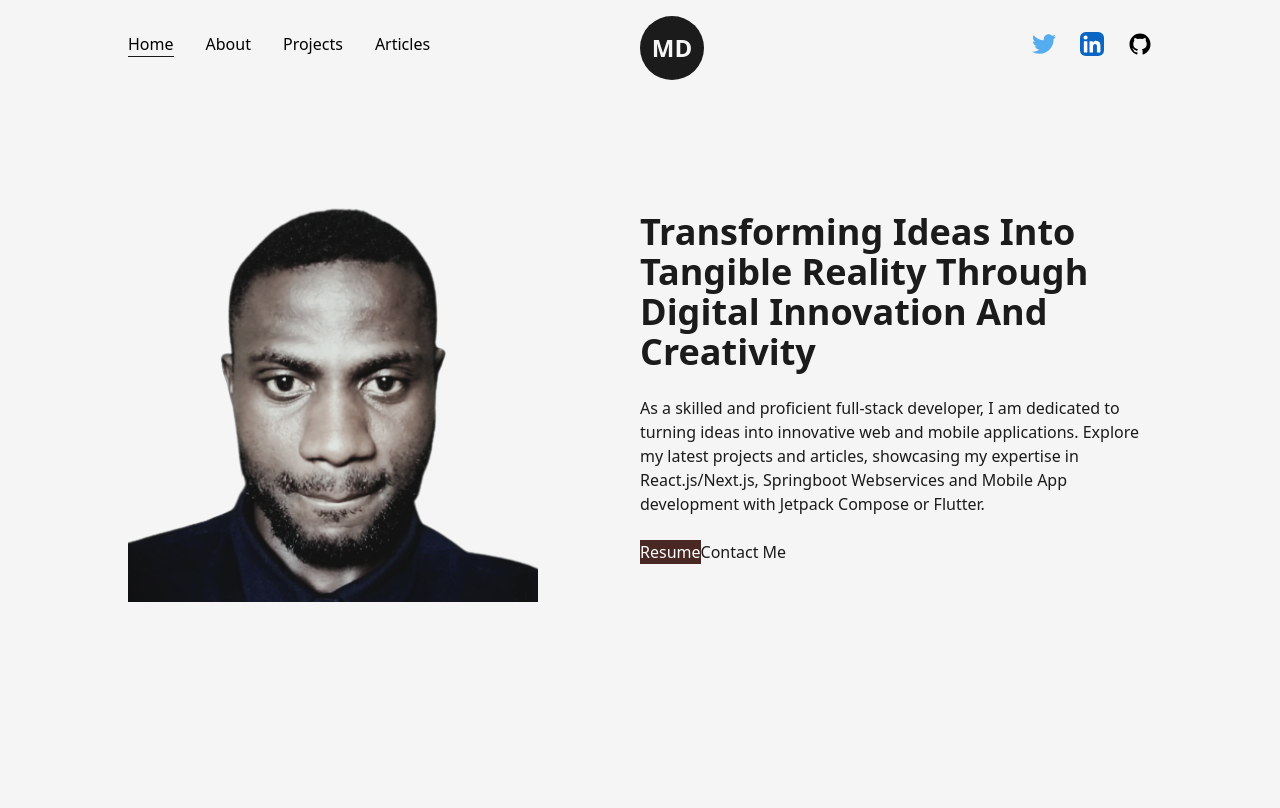
Repository: marcusdashe/situs
Page: /
An editor plug-in stored every save of this project. The page is shown before and after the next save, followed by the edit.
The browser window is 1280 px wide. The pictures show the whole page.
The project was rebuilt for these pictures with package versions that can differ from the ones it lists, and the page was loaded fresh each time. The framework's server and built-in components were replaced by stand-ins that run in the browser.

Above is the page before, as saved 2023-06-15 18:40:55.

After the next save:
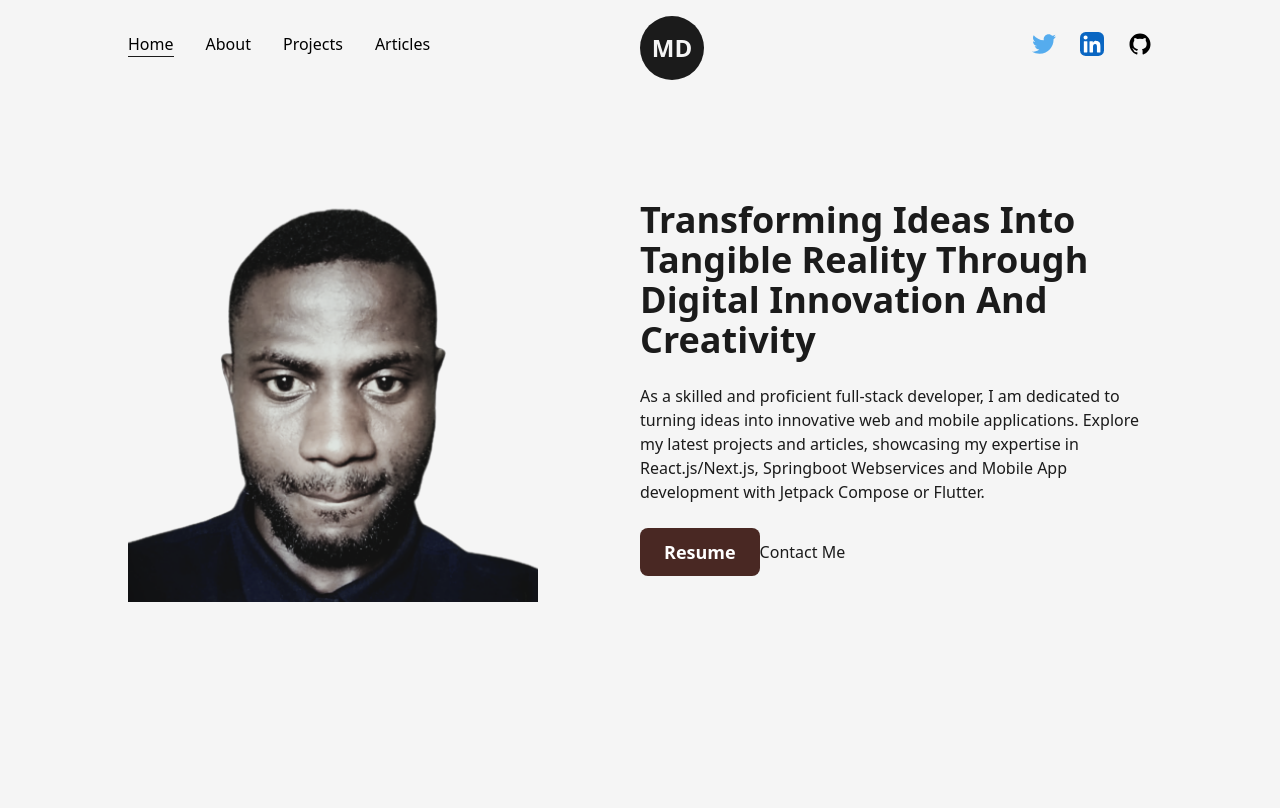
Saved 62 s later.
--- a/src/pages/index.js
+++ b/src/pages/index.js
@@ -42,7 +42,7 @@ export default function Home() {
                 <Link
                   href="/MarcusDasheResume.pdf"
                   target={"_blank"}
-                  className="flex items-center bg-primaryDark text-white"
+                  className="flex items-center bg-primaryDark text-white p-2.5 px-6 rounded-lg text-lg font-semibold"
                 >
                   Resume
                 </Link>
